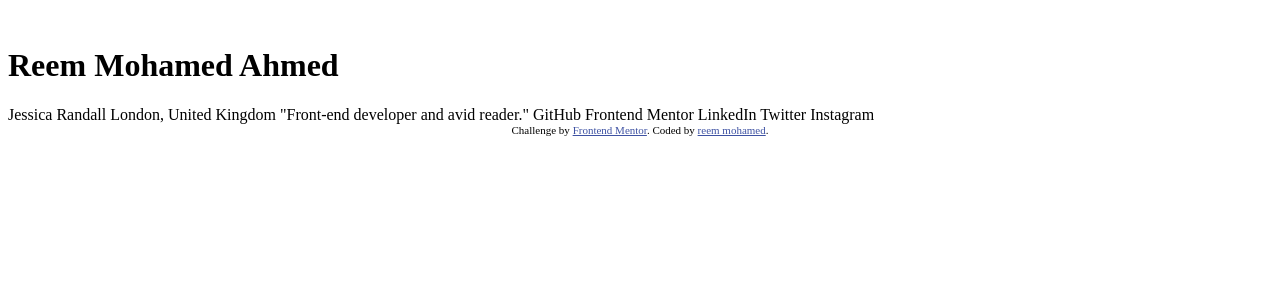
Repository: reemoon-ctrl/social_links_profile_main
Page: index.html
The author's editor kept a copy of each file at every save. The page is drawn from the files as they stood at one save, then again after a run of saves.
The browser window is 1280 px wide. The pictures show the whole page.

Above is the page before, as saved 2024-07-23 08:31:45.

### index.html
<!DOCTYPE html>
<html lang="en">
<head>
  <meta charset="UTF-8">
  <meta name="viewport" content="width=device-width, initial-scale=1.0"> <!-- displays site properly based on user's device -->

  <link rel="icon" type="image/png" sizes="32x32" href="./assets/images/favicon-32x32.png">

  <title>Frontend Mentor | Social links profile</title>

  <!-- Feel free to remove these styles or customise in your own stylesheet 👍 -->
  <style>
    .attribution { font-size: 11px; text-align: center; }
    .attribution a { color: hsl(228, 45%, 44%); }
  </style>
</head>
<body>
  <main>
    <div class="form-container">
      <div>
      <img src="" alt="">
      <h1>Reem Mohamed Ahmed</h1>
      <h2></h2>



              Jessica Randall
              London, United Kingdom
              "Front-end developer and avid reader."

              GitHub
              Frontend Mentor
              LinkedIn
              Twitter
              Instagram
      </div>
  </div>
 </main>
  <footer>
  <div class="attribution">
    Challenge by <a href="https://www.frontendmentor.io?ref=challenge" target="_blank">Frontend Mentor</a>.
    Coded by <a href="https://www.frontendmentor.io/reemoon-ctrl">reem mohamed</a>.
  </div>
  </footer>
</body>
</html>

After the next 2 saves:
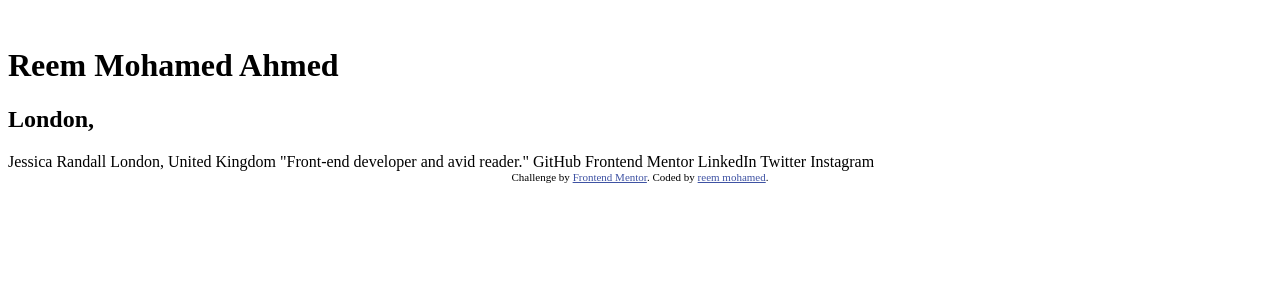
The 2 saves are shown as one change because they came seconds apart.
The last was saved 9 s later.
--- a/index.html
+++ b/index.html
@@ -20,7 +20,7 @@
       <div>
       <img src="" alt="">
       <h1>Reem Mohamed Ahmed</h1>
-      <h2></h2>
+      <h2>London,</h2>
 
 
 
